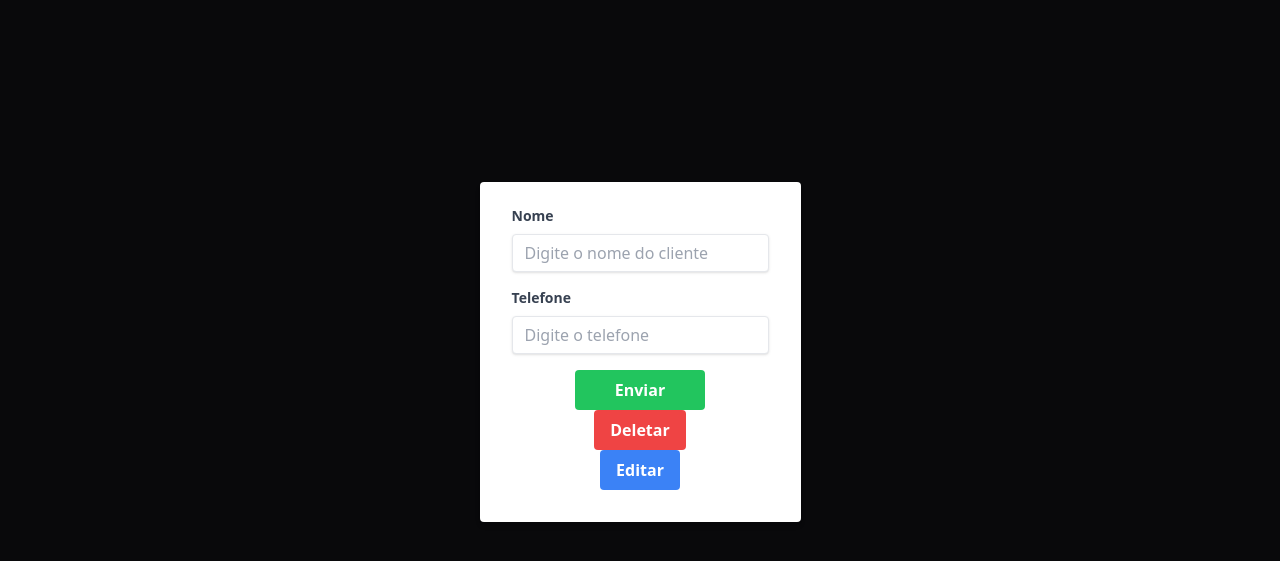
Repository: Gstxxx/sales-manager-laravel
Page: http://localhost/
These files come from the project's save history. The page is drawn as it stood at one moment and after the next save; the edit follows.
The browser window is 1280 px wide. The pictures show the whole page.
The page is served by the project's Laravel application, run on PHP 8.4 with Laravel 12. Other server files are loaded and not shown. Style sheets and scripts are compiled from the project's sources, by tool versions that may differ from the author's.

Above is the page before, as saved 2024-06-09 03:17:02.

### routes/web.php
<?php

use Illuminate\Support\Facades\Route;
use App\Http\Controllers\ClientController;

Route::get('/', function () {
    return view('home');
})->name('home');

Route::post('/addClient', [ClientController::class, 'addClient'])->name('addClient');
Route::post('/addClient', [ClientController::class, 'addClient'])->name('addClient');

### resources/views/home.blade.php
<!doctype html>
<html>

<head>
    <meta charset="UTF-8">
    <meta name="viewport" content="width=device-width, initial-scale=1.0">
    <title>Sales Manager</title>
    @vite('resources/css/app.css')
</head>

<body>
    <div class="bg-zinc-950 flex flex-col items-center justify-center min-h-screen">
        <form action="{{ route('addClient') }}" method="POST" class="bg-white shadow-md rounded px-8 pt-6 pb-8 mb-4">
            @csrf
            <div class="mb-4">
                <div class="mb-4">
                    <label class="block text-gray-700 text-sm font-bold mb-2" for="number-client">
                        Nome
                    </label>
                    <input
                        class="shadow appearance-none border rounded w-full py-2 px-3 text-gray-700 leading-tight focus:outline-none focus:shadow-outline"
                        type="text" name="name-client" id="name-client" placeholder="Digite o nome do cliente">
                </div>
                <div class="mb-4">
                    <label class="block text-gray-700 text-sm font-bold mb-2" for="number-client">
                        Telefone
                    </label>
                    <input
                        class="shadow appearance-none border rounded w-full py-2 px-3 text-gray-700 leading-tight focus:outline-none focus:shadow-outline"
                        id="number-client" name="number-client" type="text" placeholder="Digite o telefone">
                </div>
            </div>

            <div class="flex flex-col items-center justify-between">
                <button
                    class="bg-green-500 hover:bg-green-700 text-white font-bold py-2 px-10 rounded focus:outline-none focus:shadow-outline"
                    type="submit">
                    Enviar
                </button>
                <button
                    class="bg-red-500 hover:bg-red-700 text-white font-bold py-2 px-4 rounded focus:outline-none focus:shadow-outline"
                    type="submit" formaction="/removeClient">
                    Deletar
                </button>
                <button
                    class="bg-blue-500 hover:bg-blue-700 text-white font-bold py-2 px-4 rounded focus:outline-none focus:shadow-outline"
                    type="submit" formaction="/editClient">
                    Editar
                </button>
            </div>
        </form>
    </div>
</body>

</html>

Loaded but not shown: resources/css/app.css (common file); tailwind.config.js (common file)

After the next save:
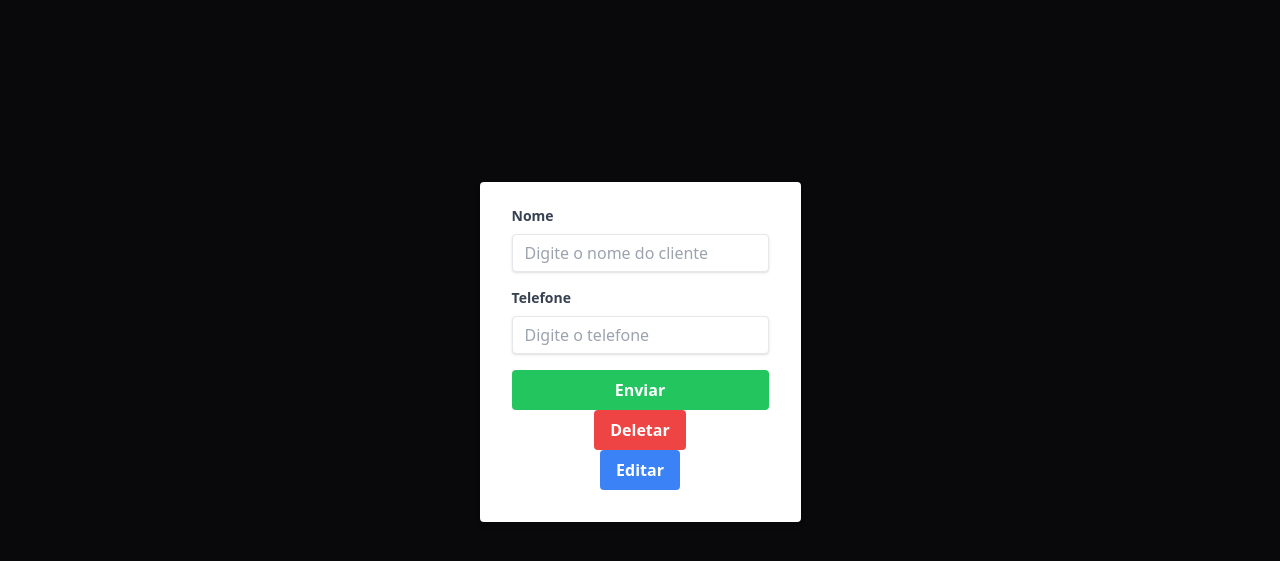
Saved 17 s later.
--- a/resources/views/home.blade.php
+++ b/resources/views/home.blade.php
@@ -33,7 +33,7 @@
 
             <div class="flex flex-col items-center justify-between">
                 <button
-                    class="bg-green-500 hover:bg-green-700 text-white font-bold py-2 px-10 rounded focus:outline-none focus:shadow-outline"
+                    class="bg-green-500 hover:bg-green-700 text-white font-bold w-full py-2 px-4 rounded focus:outline-none focus:shadow-outline"
                     type="submit">
                     Enviar
                 </button>
